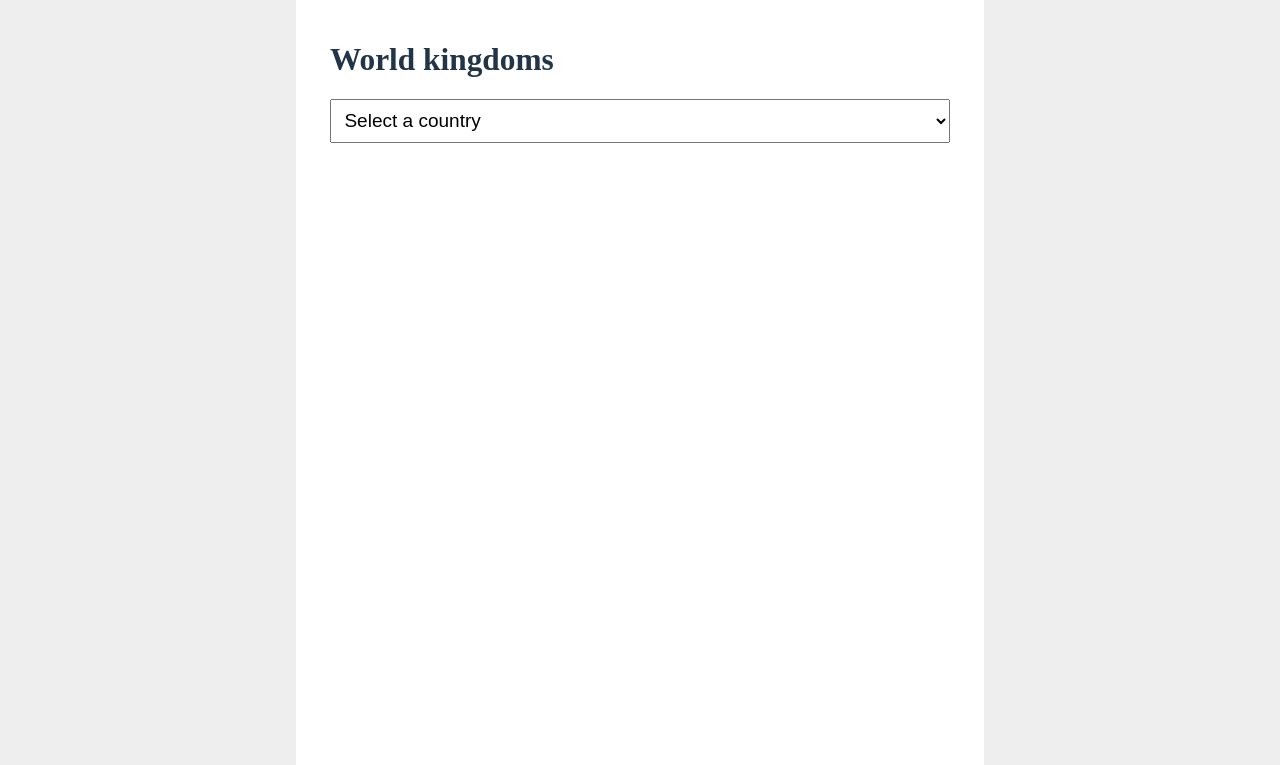
Repository: SamanthaYan298/my_world_kingdoms
Page: /
An editor plug-in stored every save of this project. The page is shown before and after the next save, followed by the edit.
The browser window is 1280 px wide. The pictures show the whole page.
The page's requests for data from a server got no answer. The project was rebuilt for these pictures with package versions that can differ from the ones it lists, and the page was loaded fresh each time. No one was signed in, and anything a server would have sent is missing. Also part of the build but not shown: vite.config.js.

Above is the page before, as saved 2024-11-20 18:36:24.

### src/App.jsx
import { useEffect, useState } from 'react'
import './App.css'
import Countries from '../components/Countries';

function App() {

  const [query, setQuery] = useState('');
  const [countries, setCountries] = useState([]);
  const [fetchStatus, setFetchStatus] = useState('idle');

  // load data on mount - only load once
  useEffect(() => {
    const url = ` https://restcountries.com/v3.1/name/kingdom`;

    async function fetchData() {
      let response, data;
      try{
        setFetchStatus('loading');
        response = await fetch(url);
        data = await response.json();
        setCountries(data);
        setFetchStatus('idle');
      } catch(e) {
        setFetchStatus('error');
        console.error(e.message);
      }
    }

    fetchData();

  }, [query]);

  let filteredCountries = [...countries];

  return (
    <>
    <div className='countries'>
      <h1>World kingdoms</h1>
      <select id="countries">
      <option>Select a country</option>
        <option value="NO">Norway</option>
        <option value="TO">Tonga</option>
        <option value="LS">Lesotho</option>
        <option value="SE">Sweden</option>
        <option value="SZ">Eswatini</option>
        <option value="MA">Morocco</option>
        <option value="BT">Bhutan</option>
        <option value="JO">Jordan</option>
        <option value="NL">Netherlands</option>
        <option value="SA">Saudi Arabia</option>
        <option value="DK">Denmark</option>
        <option value="BH">Bahrain</option>
        <option value="BE">Belgium</option>
        <option value="ES">Spain</option>
        <option value="KH">Cambodia</option>
        <option value="GB">United Kingdom</option>
        <option value="TH">Thailand</option>
      </select>
      <Countries countries={filteredCountries} />
    </div>

    </>
  )
}

export default App

### src/App.css
#root {
  width: 100%;
  height: 100%;
  margin: 0 auto;
  padding: 0 2rem;
  text-align: center;
  background-color: #eee;
  font-family: "DM Serif Text", serif;
  font-weight: 400;
  font-style: normal;
}

h1 {
  display: block;
  margin-block-start: 0.67em;
  margin-block-end: 0.67em;
  margin-inline-start: 0px;
  margin-inline-end: 0px;
  font-weight: bold;
  unicode-bidi: isolate;
  text-align: left;
  font-size: 1.4em;
}

.countries {
  width: 51%;
  background: #fff;
  margin: 0 auto;
  padding: 1em 1.5em;
  height: 100vh;
  text-align: left;
  font-size: 1.4em;
}

img {
  width: 50%;
}

p {
  padding: 0;
}

select {
  font-size: 0.85em;
  padding: .5em;
  display: inline-block;
  width: 100%;
}

### components/Countries.jsx
import '../src/App.css'

function Countries({ countries }) {

    return (
      <div className='outer-container'>
        {countries.map((country, index) => (
            <div key={index} className='cards-container'>
              <h1>{country.name.official}</h1>
              <img src={country.flags.png} alt={`Flag of ${country.name.common}`} />
              <h4 className='name'>{country.name.common}</h4>
              <div className='country-info'>
                <p>
                  <span><strong>Capital: </strong></span>
                  <span>{country.capital}</span>
                </p>
                <p>
                  <span><strong>Location in: </strong></span>
                  <span className='borders'>{country.subregion}</span>
                </p>
              </div>
            </div>
          ))}
      </div>
    );
  }

  export default Countries;

Loaded but not shown: index.html (common file); src/main.jsx (common file); src/index.css (common file)

After the next save:
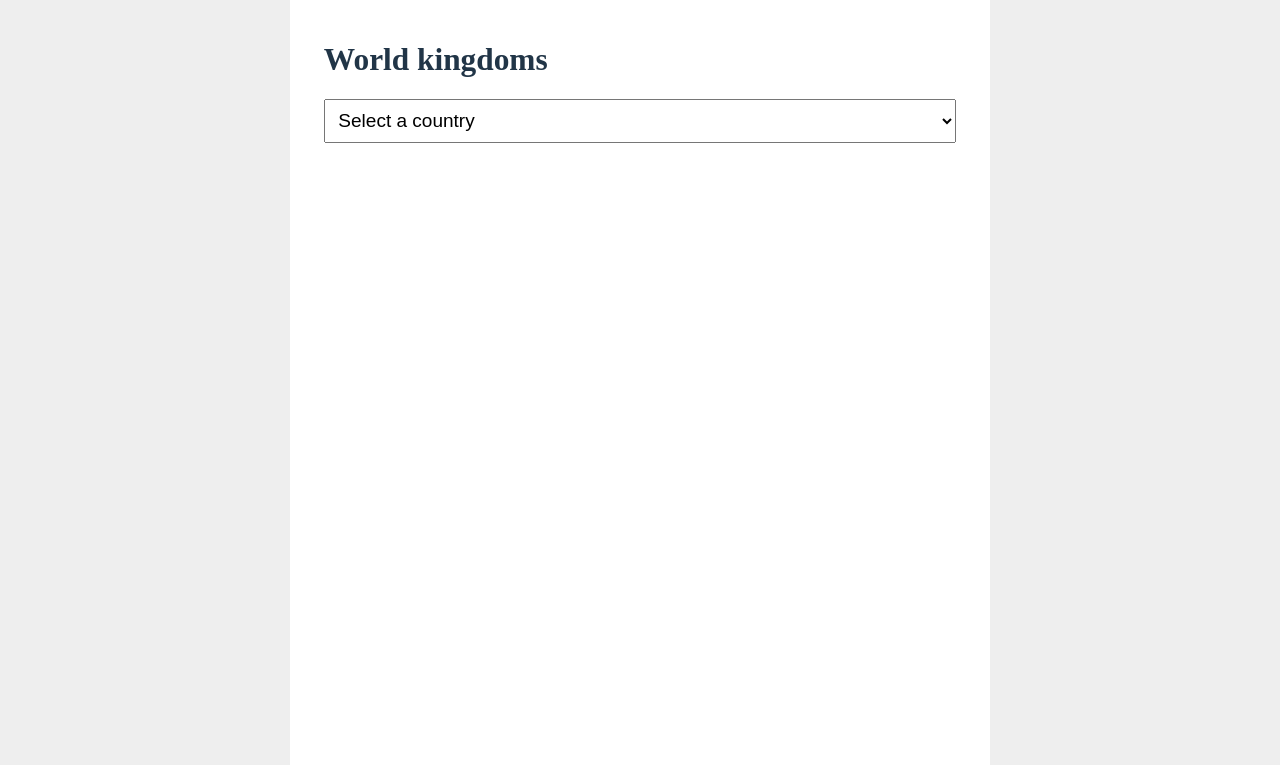
Saved 10 s later.
--- a/src/App.css
+++ b/src/App.css
@@ -23,7 +23,7 @@ h1 {
 }
 
 .countries {
-  width: 51%;
+  width: 52%;
   background: #fff;
   margin: 0 auto;
   padding: 1em 1.5em;
